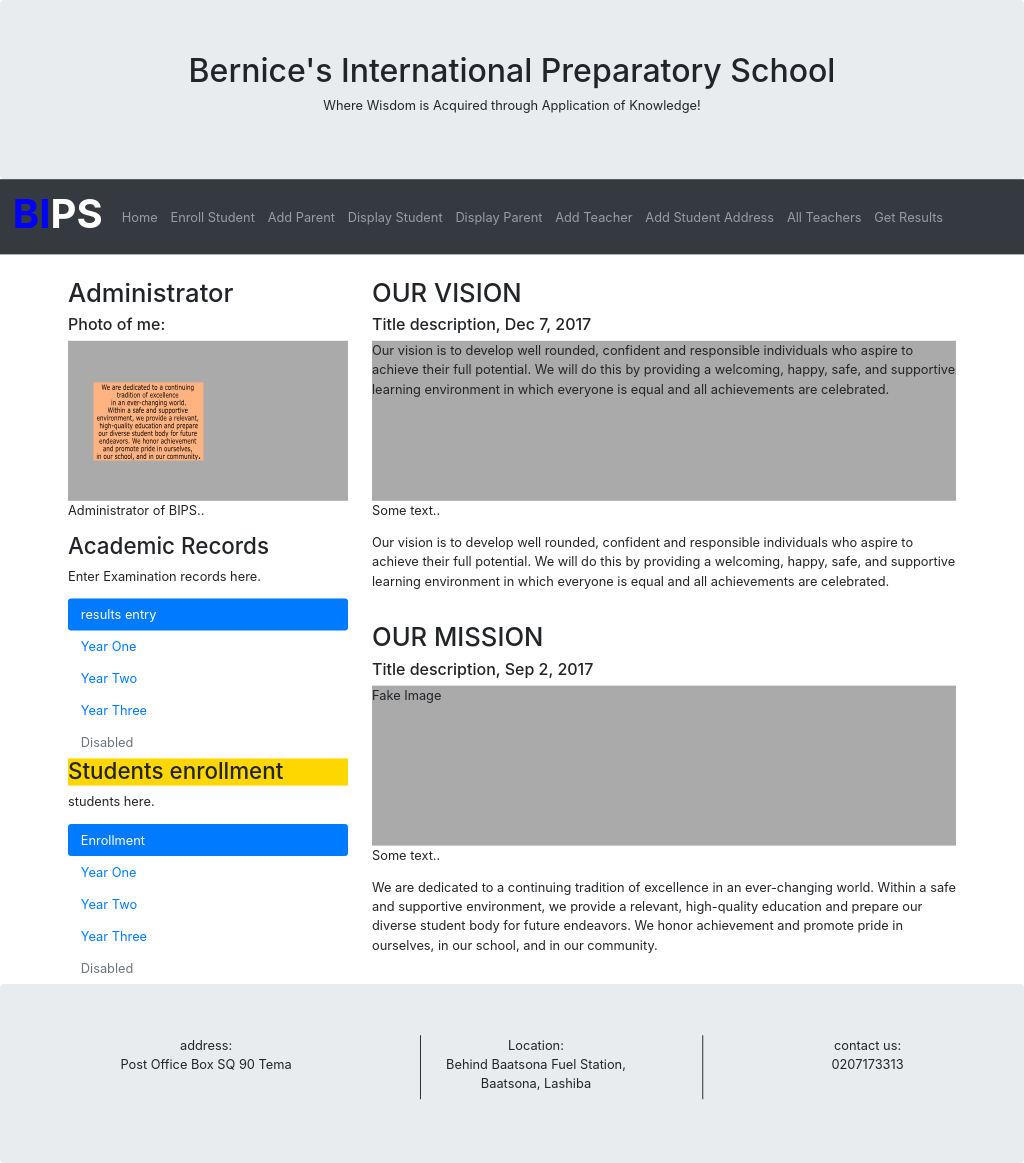
Repository: joseackah/eclipse-workspace
Page: http://localhost/com.school.mgt.system.Front.End/WEB-INF/views/adminPageExample.jsp
These files come from the project's save history. The page is drawn as it stood at one moment and after the next save; the edit follows.
The browser window is 1280 px wide. The pictures show the whole page, at 80% of full size.
The page is served by Tomcat 9. Nobody is signed in. The template is opened directly, without the code that normally fills it, so the values that code supplies are empty.

Above is the page before, as saved 2021-08-12 21:10:15.

After the next save:
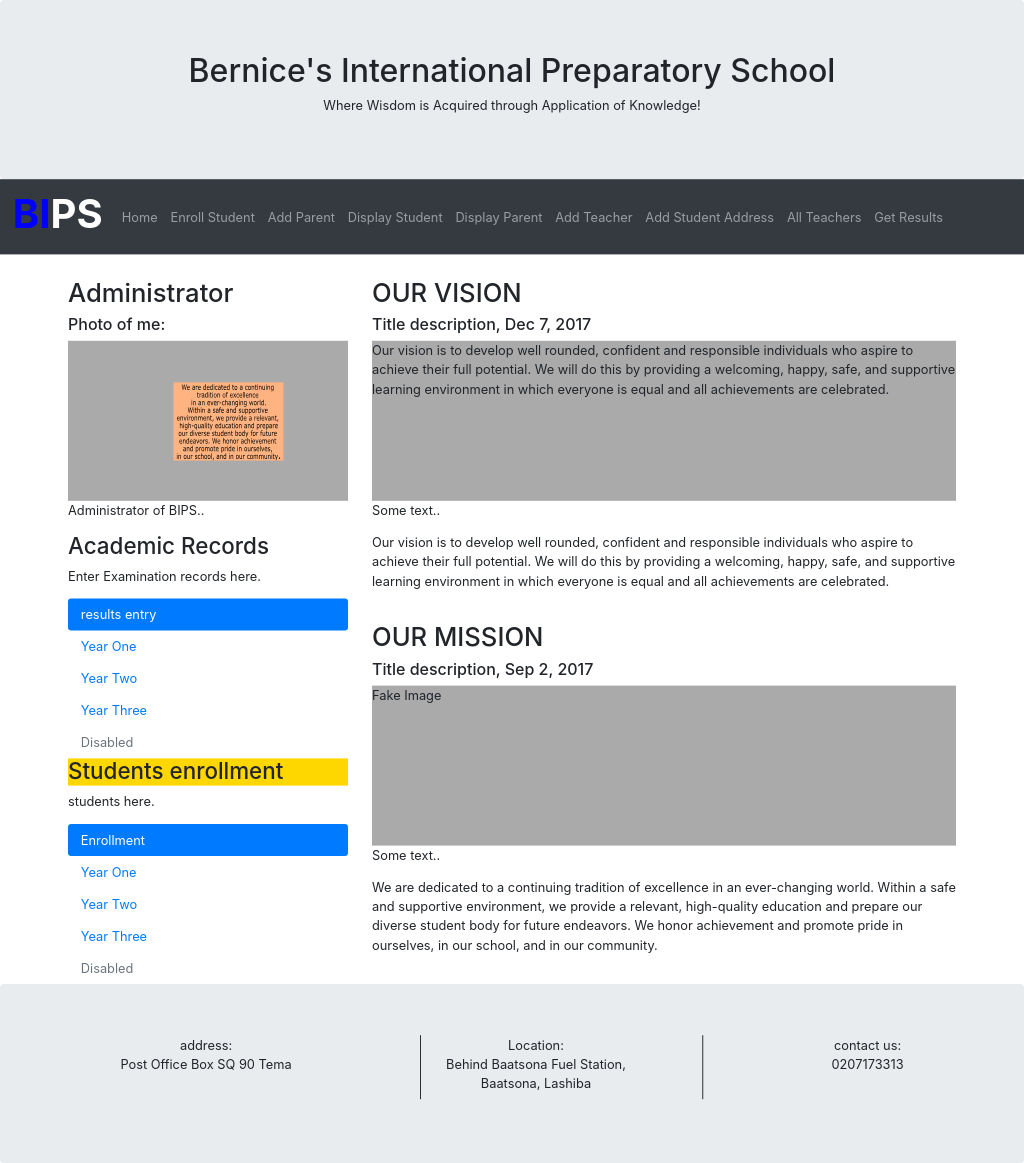
Saved 11 s later.
--- a/com.school.mgt.system.Front.End/src/main/webapp/WEB-INF/views/adminPageExample.jsp
+++ b/com.school.mgt.system.Front.End/src/main/webapp/WEB-INF/views/adminPageExample.jsp
@@ -67,7 +67,7 @@
     <div class="col-sm-4">
       <h2>Administrator</h2>
       <h5>Photo of me:</h5>
-      <div class="fakeimg"> <img alt="our mision" src="${pageContext.request.contextPath}/resources/svg/mission.svg" style="width:200px; height:200px;"/>  </div>
+      <div class="fakeimg"> <img alt="our mision" src="${pageContext.request.contextPath}/resources/svg/mission.svg" style="width:400px; height:200px;"/>  </div>
       <p>Administrator of BIPS..</p>
 
     <!--   academic record start here -->
